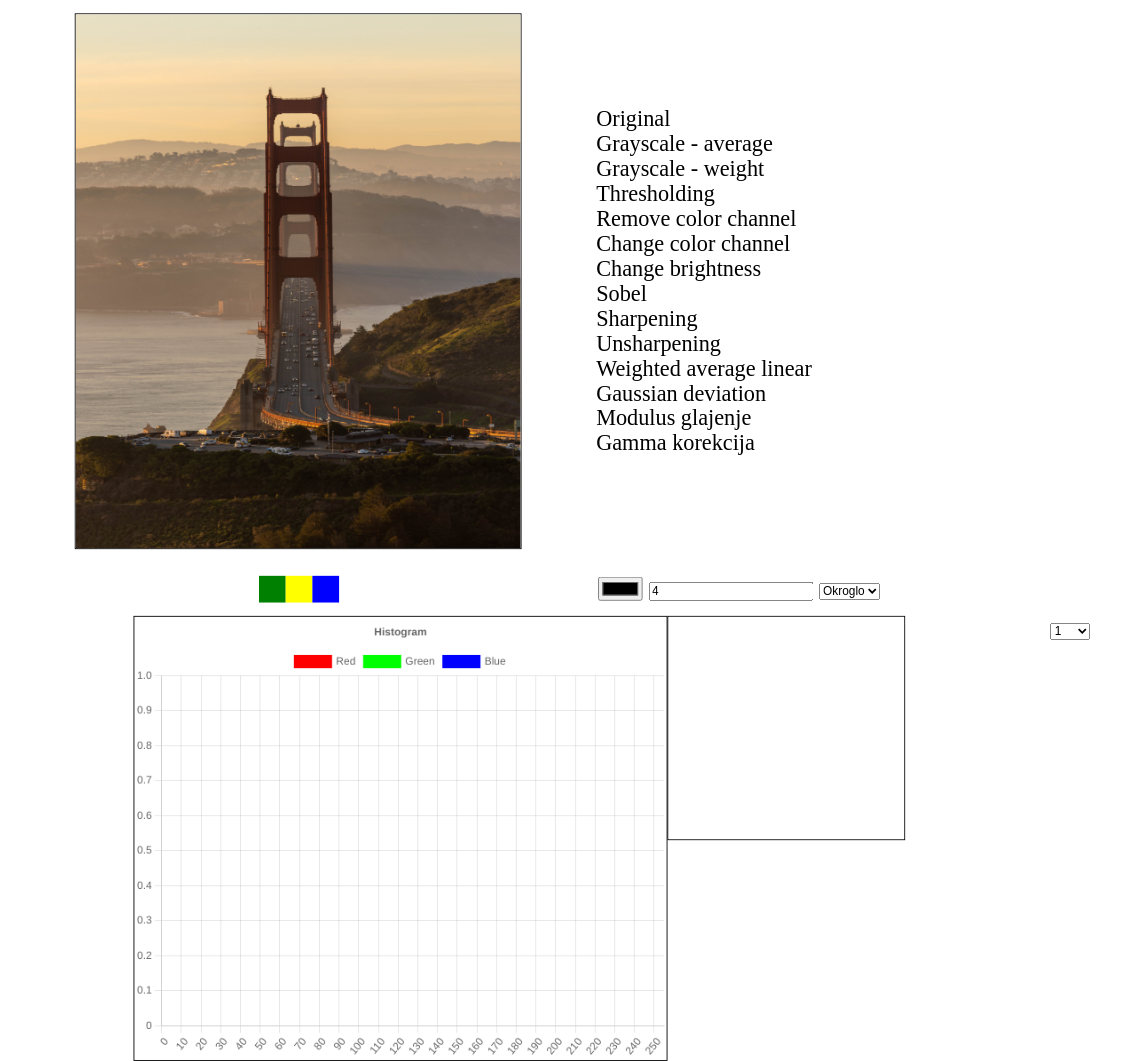
Repository: fussionko/web_photoshop
Page: index.html
These files come from the project's save history. The page is drawn as it stood at one moment and after the next save; the edit follows.
The browser window is 1280 px wide. The pictures show the whole page, at 89% of full size.
Some web libraries are served in a nearby version.

Above is the page before, as saved 2022-04-29 10:49:22.

### index.html
<!doctype html>
<html lang="en">
    <head>
        <meta charset="utf-8">
        <meta name="viewport" content="width=device-width, initial-scale=1">

        <title>Slike</title>
        <link rel="stylesheet" href="style.css">
    </head>
    <body>
        <div id="container-main">
            <canvas id="main_canvas"></canvas>
            <div id="container-buttons"></div>
            <div id="container-controls"></div>
        </div>
        <div id="container-assist">
            <div id="container-history"><div id="history-back"></div><div id="history-fow"></div><div id="history-reset"></div></div>
            <div id="container-color">
                <input type="color" id="color" value="#000000">
                <input type="number" id="brush-size" step="1" value="4">
                <select id="cap-type">
                    <option value="butt">Butt</option>
                    <option value="round" selected>Okroglo</option>
                    <option value="square">Kvadrat</option>
                </select>
            </div>
        </div>
        <div id="container-histogram">
            <div>
                <canvas id="main-chart"></canvas>
            </div>
            <div>
                <canvas id="main-graph"></canvas>
            </div>
            <div id="container-graph-data">
                <select id="basket-num"></select>
            </div>
        </div>
        <script src="https://cdnjs.cloudflare.com/ajax/libs/Chart.js/3.7.1/chart.min.js"></script>
        <script src="filters.js"></script>
        <script src="draw.js"></script>
        <script src="history.js"></script>
        <script src="graph.js"></script>
        <script src="main.js"></script>
    </body>
</html>

### style.css
html {
    margin: 0;
    width: 100%;
    height: 100%;

    background-color: white !important;
}
body {
    margin: 0;

    display: grid;
    align-items: center;

    font-size: 25px;
    background-color: white !important;
    width: 100%;
    height: 100%;

}

#container-main, #container-assist, #container-historgram {
    margin: 15px 0;
}

#container-main {
    width: 100%;
    display: grid;
    grid-template-columns: auto auto 200px;
    align-items: center;
    justify-content: space-evenly;

}
canvas {

    border: 1px solid black;
}

.button-function {
    border: 1px solid black;
    padding: 5px;
    margin: 5px;;
}

#container-assist {
    display: grid;
    grid-template-columns: auto auto ;
    justify-content: space-evenly;
}

#container-history {
    display: flex;

}

#history-back, #history-fow, #history-reset {
    width: 30px;
    height: 30px;
}

#history-fow {
    background-color: yellow;
}

#history-back {
    background-color: green;
}

#history-reset {
    background-color: blue;
}

#container-histogram {
    display: grid;
    grid-template-columns: 1fr 1fr 100px;
    margin-left: 150px;
    margin-bottom: 100px;
    height: 500px;
}

### history.js
function loadHistory()
{
    document.getElementById("history-back").addEventListener("click", function(){
        if(moveBackwardHistory() == -1) return;
        loadImageHistory();
    })

    document.getElementById("history-fow").addEventListener("click", function(){
        if(moveFowardHistory() == -1) return;
        loadImageHistory();
    })

    document.getElementById("history-reset").addEventListener("click", function(){
        let draw_image = new ImageData(canvas_width, canvas_height);
        draw_image.data.set(original_img_data);
        history = [draw_image.data];
        currentHistoryIndex = 1;
        current_filter_data["filter"] = "original";
        current_filter_data["index"] = 1;
        current_filter_data["data"] = draw_image.data;
        loadImageHistory();
    })
}

let history = [];
let currentHistoryIndex = 0;
function addToHistory(img_data)
{
    if(checkSame(img_data, history[history.length-1]) == 1) return;
    if(currentHistoryIndex != history.length)
        removeHistoryToIndex();

    history.push(img_data);
    currentHistoryIndex++;
}

function removeHistoryToIndex()
{
    history.splice(currentHistoryIndex, history.length-currentHistoryIndex)
}

function moveFowardHistory()
{
    if(currentHistoryIndex+1 > history.length) return -1;
    currentHistoryIndex++;
    return 1;
}

function moveBackwardHistory()
{
    if(currentHistoryIndex-1 <= 0) return -1;
    currentHistoryIndex--;
    return 1;
}

function getCurrentHistory()
{
    return history[currentHistoryIndex];
}

### main.js
const canvas_width = 500;
const canvas_height = 600;

let main_canvas;
let main_ctx;

main_canvas = document.getElementById("main_canvas");
main_ctx = main_canvas.getContext('2d');

main_canvas.width = canvas_width;
main_canvas.height = canvas_height;

let image = new Image();
image.src = "image1.jpg";
image.crossOrigin = "Anonymous";


let original_img_data;
let changing_img_data;

let canvas_x_position = 0;
let canvas_y_position = 0;

window.addEventListener("load", () => {
    main_ctx.drawImage(image, 0, 0, canvas_width, canvas_height);

    original_img_data = getPixelData();
    changing_img_data = original_img_data;

    let parent = document.getElementById("container-buttons");
    let controls = document.getElementById("container-controls");

    load_buttons(parent, controls);

    canvas_x_position = Math.floor(main_canvas.getBoundingClientRect().left);
    canvas_y_position = Math.floor(main_canvas.getBoundingClientRect().top);

    loadHistory();
    let draw_image = new ImageData(canvas_width, canvas_height);
    draw_image.data.set(original_img_data);
    history.push(filterData(draw_image.data, "original"));
    currentHistoryIndex++;


    loadDraw();
    initGraph();
    count_Pixel(original_img_data)

});


let max_gaussian = 15;
let max_modulus = 15;

function getPixelData()
{
    let imageData = main_ctx.getImageData(0, 0, canvas_width, canvas_height)
    return imageData.data;
}






function checkSame(img_data1, img_data2)
{
    for(let i = 0; i < img_data1.length; i++)
        if(img_data1[i] != img_data2[i])
            return 0;
    return 1;
}


function loadImageHistory()
{
    let draw_image = new ImageData(canvas_width, canvas_height);
    draw_image.data.set(history[currentHistoryIndex-1]);
    main_ctx.putImageData(draw_image, 0, 0);
    //count_Pixel(draw_image["data"]);
    changing_img_data = draw_image.data;

    all_new_graphs(draw_image.data);
}

function loadImage(img_data)
{
    let draw_image = new ImageData(canvas_width, canvas_height);
    draw_image.data.set(img_data);
    main_ctx.putImageData(draw_image, 0, 0);
    //count_Pixel(draw_image["data"]);
    changing_img_data = draw_image.data;
    addToHistory(draw_image.data);

    all_new_graphs(draw_image.data)
}

let current_filter_data = {
    "filter" : null,
    "index" : null,
    "data" : null
};

function filterData(img_data, filter_name)
{
    if(current_filter_data["filter"] != filter_name)
    {
        current_filter_data["filter"] = filter_name;
        current_filter_data["data"] = img_data;
        current_filter_data["index"] = currentHistoryIndex-1;
        return img_data;
    }
    return history[current_filter_data["index"]];
}


function load_buttons(parent, controls)
{
    let original = document.createElement("div");
    original.class = "button-function";
    original.innerText = "Original";
    original.addEventListener("click", function(){
        clear(controls);
        loadImage(filterData(original_img_data, "original"));
    });

    let draw = document.createElement("div");
    draw.class = "button-function";
    draw.innerText = "Original";
    draw.addEventListener("click", function(){
        clear(controls);
    });

    parent.appendChild(original);

    let grayscale_avg = document.createElement("div");
    grayscale_avg.class = "button-function";
    grayscale_avg.innerText = "Grayscale - average";
    grayscale_avg.addEventListener("click", function(){
        clear(controls);
        loadImage(grayscale_average(filterData(changing_img_data, "grayscale_avg")));
    });
    parent.appendChild(grayscale_avg);

    let grayscale_w = document.createElement("div");
    grayscale_w.class = "button-function";
    grayscale_w.innerText = "Grayscale - weight";
    grayscale_w.addEventListener("click", function(){
        clear(controls);
        loadImage(grayscale_weight(filterData(changing_img_data, "grayscale_weight")));
    });
    parent.appendChild(grayscale_w);


    let threshold = document.createElement("div");
    threshold.class = "button-function";
    threshold.innerText = "Thresholding";
    threshold.addEventListener("click", function(){
        clear(controls);
        createSlider(controls, "thresholding-control-slider", 0, 255, 1, 128);
        createInput(controls, "thresholding-min-value", 0, 255, 1, 0);
        createInput(controls, "thresholding-max-value", 0, 255, 1, 255);

        document.getElementById("thresholding-control-slider").addEventListener("input", function(){
            loadImage(thresholding(filterData(changing_img_data, "threshold"), parseInt(document.getElementById("thresholding-min-value").value),
                                                        parseInt(document.getElementById("thresholding-max-value").value), parseInt(this.value)));
        });

        document.getElementById("thresholding-min-value").addEventListener("change", function(){
            loadImage(thresholding(filterData(changing_img_data, "threshold"), parseInt(this.value), parseInt(document.getElementById("thresholding-max-value").value),
                                                        parseInt(document.getElementById("thresholding-control-slider").value)));
        });

        document.getElementById("thresholding-max-value").addEventListener("change", function(){
            loadImage(thresholding(filterData(changing_img_data, "threshold"), parseInt(document.getElementById("thresholding-min-value").value), parseInt(this.value),
                                                        parseInt(document.getElementById("thresholding-control-slider").value)));
        });
    });
    parent.appendChild(threshold);

    let channel_remove = document.createElement("div");
    channel_remove.class = "button-function";
    channel_remove.innerText = "Remove color channel";
    channel_remove.addEventListener("click", function(){
        clear(controls);
        createCheckbox(controls, "color-channel-remove-red", 1);
        createCheckbox(controls, "color-channel-remove-green", 1);
        createCheckbox(controls, "color-channel-remove-blue", 1);

        let checkboxes = document.getElementsByTagName("input");
        for(let i = 0; i < checkboxes.length; i++)
            checkboxes[i].addEventListener("change", () => {
                loadImage(color_channel_remove(filterData(changing_img_data, "channel_remove"), document.getElementById("color-channel-remove-red").checked,
                                                                    document.getElementById("color-channel-remove-green").checked,
                                                                    document.getElementById("color-channel-remove-blue").checked));
            });

    });
    parent.appendChild(channel_remove);

    let channel_change = document.createElement("div");
    channel_change.class = "button-function";
    channel_change.innerText = "Change color channel";
    channel_change.addEventListener("click", function(){
        clear(controls);
        createSlider(controls, "color-channel-change-red", -255, 255, 1, 0);
        createSlider(controls, "color-channel-change-green", -255, 255, 1, 0);
        createSlider(controls, "color-channel-change-blue", -255, 255, 1, 0);
        let sliders = document.getElementsByTagName("input");
        for(let i = 0; i < sliders .length; i++)
        sliders [i].addEventListener("input", () => {
            loadImage(color_channel_change(filterData(changing_img_data, "channel_change"), parseInt(document.getElementById("color-channel-change-red").value),
                                                                parseInt(document.getElementById("color-channel-change-green").value),
                                                                parseInt(document.getElementById("color-channel-change-blue").value)));
        });
    });
    parent.appendChild(channel_change);

    let brightness = document.createElement("div");
    brightness.class = "button-function";
    brightness.id = "brightness";
    brightness.innerText = "Change brightness";
    brightness.addEventListener("click", function(){
        clear(controls);
        createSlider(controls,"brightness-control-slider", -255, 255, 1, 0);
        document.getElementById("brightness-control-slider").addEventListener("input", function(){
            loadImage(brighten_image(filterData(changing_img_data, "brightness"), parseInt(this.value)));
        });
    });
    parent.appendChild(brightness);

    let sob = document.createElement("div");
    sob.class = "button-function";
    sob.innerText = "Sobel";
    sob.addEventListener("click", function(){
        clear(controls);
        createRadio(controls, "type", "sobel-controls-all", "all");
        createRadio(controls, "type", "sobel-controls-x", "x");
        createRadio(controls, "type", "sobel-controls-y", "y");
        // createInput(controls, "sobel-controls-min", 0, 255, 1, 0);
        // createInput(controls, "sobel-controls-max", 0, 255, 1, 255);
        createCheckbox(controls, "sobel-controls-color-ok", 0);
        createColor(controls, "sobel-controls-min-color", "#ffffff");
        createColor(controls, "sobel-controls-max-color", "#000000");
        createSlider(controls, "sobel-controls-threshold", 0, 255, 1, 128);
        //document.querySelector('input[name="genderS"]:checked').value;
        document.getElementById("sobel-controls-all").addEventListener("click", function(){
            loadImage(sobel(filterData(changing_img_data, "sobel"), document.getElementById("sobel-controls-min-color").value, document.getElementById("sobel-controls-max-color").value,
                            document.getElementById("sobel-controls-color-ok").checked, parseInt(document.getElementById("sobel-controls-threshold").value)));
        });
        document.getElementById("sobel-controls-x").addEventListener("click", function(){
            loadImage(sobel_x(filterData(changing_img_data, "sobel"), document.getElementById("sobel-controls-min-color").value, document.getElementById("sobel-controls-max-color").value,
                            document.getElementById("sobel-controls-color-ok").checked, parseInt(document.getElementById("sobel-controls-threshold").value)));
        });
        document.getElementById("sobel-controls-y").addEventListener("click", function(){
            loadImage(sobel_y(filterData(changing_img_data, "sobel"), document.getElementById("sobel-controls-min-color").value, document.getElementById("sobel-controls-max-color").value,
                            document.getElementById("sobel-controls-color-ok").checked, parseInt(document.getElementById("sobel-controls-threshold").value)));
        });

        document.getElementById("sobel-controls-min-color").addEventListener("change", function(){
            if(sobel_change() == 0) return;
        });

        document.getElementById("sobel-controls-max-color").addEventListener("change", function(){
            if(sobel_change() == 0) return;
        });

        document.getElementById("sobel-controls-threshold").addEventListener("input", function(){
            if(sobel_change() == 0) return;
        });

        document.getElementById("sobel-controls-color-ok").addEventListener("change", function(){
            if(sobel_change() == 0) return;
        });

    });
    parent.appendChild(sob);

    let sharp = document.createElement("div");
    sharp.class = "button-function";
    sharp.innerText = "Sharpening";
    sharp.addEventListener("click", function(){
        clear(controls);
        loadImage(sharpening(filterData(changing_img_data, "sharpening")));
    });
    parent.appendChild(sharp);

    let unsharp = document.createElement("div");
    unsharp.class = "button-function";
    unsharp.innerText = "Unsharpening";
    unsharp.addEventListener("click", function(){
        clear(controls);
        createSlider(controls, "unsharp-amount-controls", -15, 15, 0.1, 1);
        createSlider(controls, "unsharp-kernel-controls", 1, 8, 1, 1);
        loadImage(unsharpening(changing_img_data, 1, 1));
        document.getElementById("unsharp-amount-controls").addEventListener("input", function(){
            loadImage(unsharpening(filterData(changing_img_data, "unsharpening"), parseFloat(this.value), parseInt(document.getElementById("unsharp-kernel-controls").value)));
        });
        document.getElementById("unsharp-kernel-controls").addEventListener("change", function(){
            loadImage(unsharpening(filterData(changing_img_data, "unsharpening"), parseFloat(document.getElementById("unsharp-amount-controls").value), parseInt(this.value)));
        });
    });
    parent.appendChild(unsharp);

    let weight_avg_lin = document.createElement("div");
    weight_avg_lin.class = "button-function";
    weight_avg_lin.id = "weighted_avg_linear";
    weight_avg_lin.innerText = "Weighted average linear";
    weight_avg_lin.addEventListener("click", function(){
        clear(controls);
        createSlider(controls, "weighted_avg_linear-controls-weight", 1, 255, 1, 1);
        document.getElementById("weighted_avg_linear-controls-weight").addEventListener("input", function(){
            loadImage(weighted_avg_linear(filterData(changing_img_data, "weighted_avg"), parseInt(this.value)));
        });
        loadImage(weighted_avg_linear(changing_img_data, 1));

    });
    parent.appendChild(weight_avg_lin);

    let gaussian_dev = document.createElement("div");
    gaussian_dev.class = "button-function";
    gaussian_dev.innerText = "Gaussian deviation";
    gaussian_dev.addEventListener("click", function(){
        clear(controls);
        createSlider(controls, "gaussian-deviation-controls-deviation",0, max_gaussian, 1, 0);
        document.getElementById("gaussian-deviation-controls-deviation").addEventListener("change", function(){
            loadImage(gaussian_blur(filterData(changing_img_data, "gaussian"), parseFloat(this.value)));
        });

    });
    parent.appendChild(gaussian_dev);

    let mod = document.createElement("div");
    mod.class = "button-function";
    mod.innerText = "Modulus glajenje";
    mod.addEventListener("click", function(){
        clear(controls);
        createSlider(controls, "modulus-controls", 0, max_modulus, 1, 0);
        document.getElementById("modulus-controls").addEventListener("change", function(){
            loadImage(modulus(filterData(changing_img_data, "mod"), parseInt(this.value)));
        });

    });
    parent.appendChild(mod);

    let gam = document.createElement("div");
    gam.class = "button-function";
    gam.innerText = "Gamma korekcija";
    gam.addEventListener("click", function(){
        clear(controls);
        createSlider(controls, "gamma-controls", 0.01, 20, 0.01, 1);
        document.getElementById("gamma-controls").addEventListener("input", function(){
            loadImage(gamma(filterData(changing_img_data, "gam"), parseFloat(this.value)));
        });
    });
    parent.appendChild(gam);

}

function sobel_change()
{
    if(document.querySelector('input[name="type"]:checked') === null) return 0;
    let check = document.querySelector('input[name="type"]:checked').value;
    if(check == "all")
        loadImage(sobel(filterData(changing_img_data, "sobel"), document.getElementById("sobel-controls-min-color").value, document.getElementById("sobel-controls-max-color").value,
                        document.getElementById("sobel-controls-color-ok").checked, parseInt(document.getElementById("sobel-controls-threshold").value)));
    else if(check == "x")
        loadImage(sobel_x(filterData(changing_img_data, "sobel"), document.getElementById("sobel-controls-min-color").value, document.getElementById("sobel-controls-max-color").value,
                        document.getElementById("sobel-controls-color-ok").checked, parseInt(document.getElementById("sobel-controls-threshold").value)));
    else if(check == "y")
        loadImage(sobel_y(filterData(changing_img_data, "sobel"), document.getElementById("sobel-controls-min-color").value, document.getElementById("sobel-controls-max-color").value,
                        document.getElementById("sobel-controls-color-ok").checked, parseInt(document.getElementById("sobel-controls-threshold").value)));
    return 1;
}

function clear(parent)
{
    while (parent.firstChild)
        parent.removeChild(parent.firstChild);
}

function createSlider(parent, id, min, max, step, value)
{
    let slider = document.createElement("input");
    slider.type = "range";
    slider.min = min;
    slider.max = max;
    slider.step = step;
    slider.value = value;
    slider.id = id;
    slider.name = id;
    parent.appendChild(slider);
}

function createInput(parent, id, min, max, step, value)
{
    let input = document.createElement("input");
    input.type = "number";
    input.min = min;
    input.max = max;
    input.step = step;
    input.value = value;
    input.id = id;
    input.name = id;
    parent.appendChild(input);
}

function createCheckbox(parent, id, value)
{
    let checkbox = document.createElement("input");
    checkbox.type = "checkbox";
    checkbox.value = value;
    checkbox.id = id;
    checkbox.name = id;
    checkbox.checked = value;
    parent.appendChild(checkbox);
}

function createRadio(parent, name, id, value)
{
    let radio = document.createElement("input");
    radio.type = "radio";
    radio.value = value;
    radio.id = id;
    radio.name = name;
    parent.appendChild(radio);
}

function createColor(parent, id, value)
{
    let radio = document.createElement("input");
    radio.type = "color";
    radio.value = value;
    radio.id = id;
    radio.name = id;
    parent.appendChild(radio);
}

Loaded but not shown: filters.js (443 lines, source omitted); graph.js (285 lines, source omitted); draw.js (76 lines, source omitted)

After the next save:
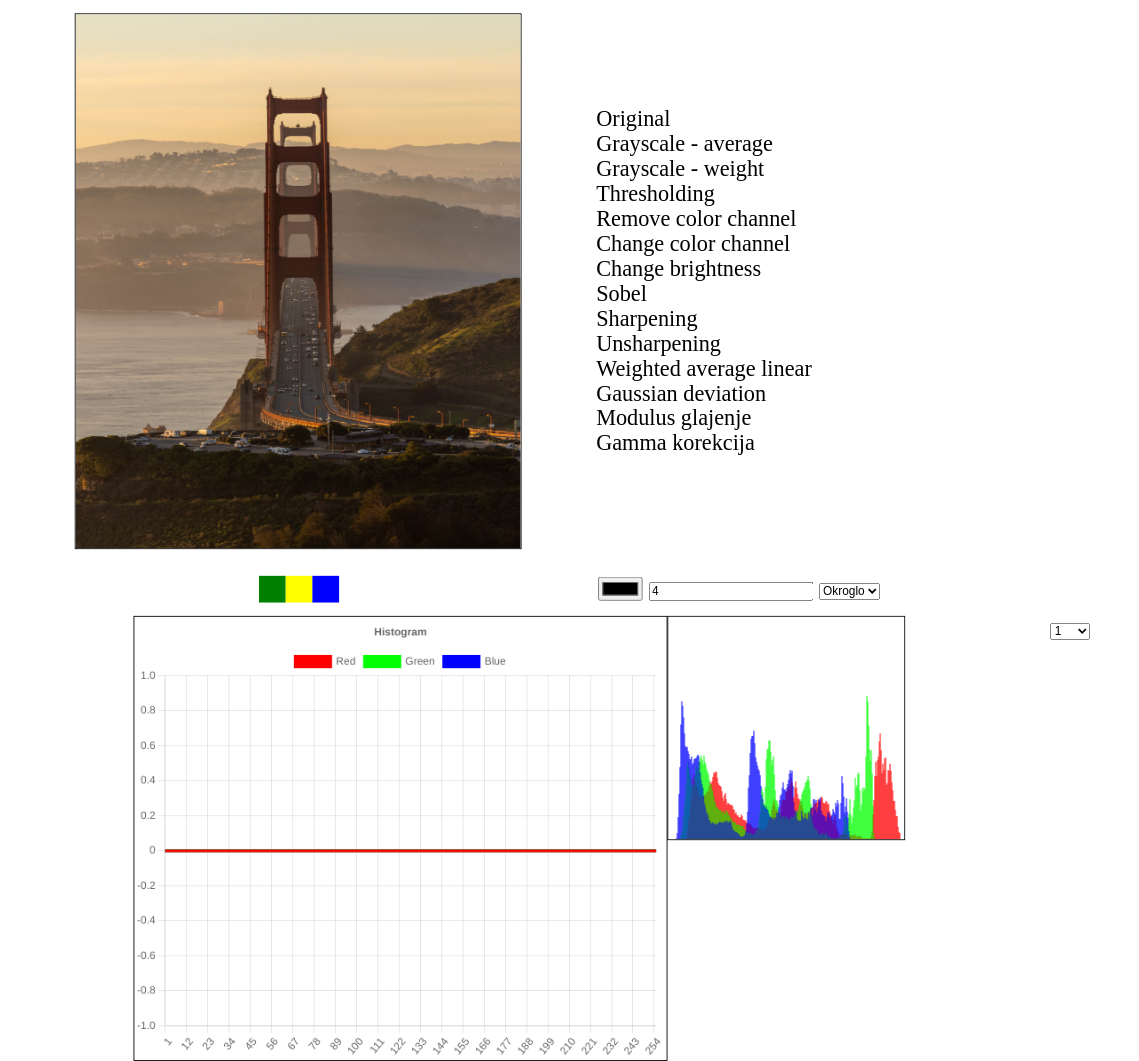
Saved 30 s later.
--- a/main.js
+++ b/main.js
@@ -44,7 +44,7 @@ window.addEventListener("load", () => {
 
     loadDraw();
     initGraph();
-    count_Pixel(original_img_data)
+    all_new_graphs(original_img_data)
 
 });
 
